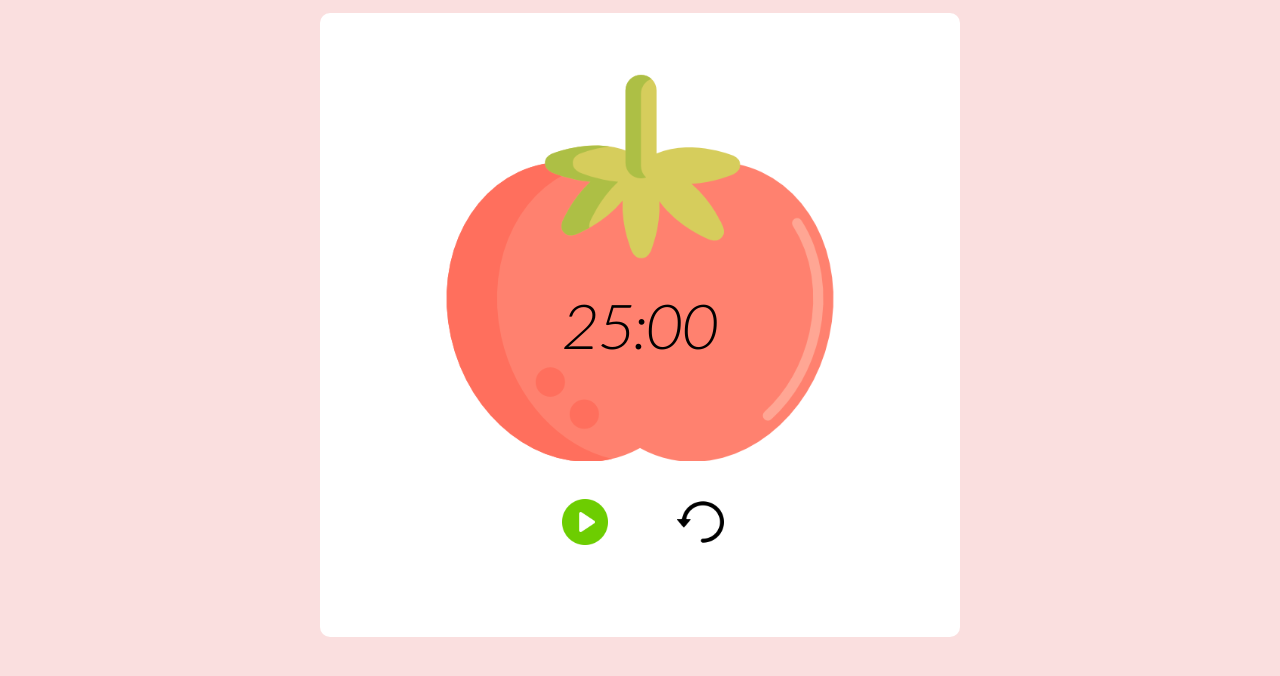
Repository: Dirlandia404/pomodoro
Page: /
The author's editor kept a copy of each file at every save. The page is drawn from the files as they stood at one save, then again after the next save.
The browser window is 1280 px wide. The pictures show the whole page.
The project was rebuilt for these pictures with package versions that can differ from the ones it lists, and the page was loaded fresh each time.

Above is the page before, as saved 2021-11-25 11:26:18.

### public/index.html
<!DOCTYPE html>
<html lang="en">

<head>
  <meta charset="utf-8" />
  <link rel="icon" href="%PUBLIC_URL%/image 1.png" />
  <meta name="viewport" content="width=device-width, initial-scale=1" />
  <meta name="theme-color" content="#000000" />
  <meta name="description" content="Web site created using create-react-app" />
  <link rel="apple-touch-icon" href="%PUBLIC_URL%/logo192.png" />

  <link rel="preconnect" href="https://fonts.googleapis.com">
  <link rel="preconnect" href="https://fonts.gstatic.com" crossorigin>
  <link href="https://fonts.googleapis.com/css2?family=Lato:ital,wght@1,300&display=swap" rel="stylesheet">

  <link rel="manifest" href="%PUBLIC_URL%/manifest.json" />

  <title>Pomodoro Clock</title>
</head>

<body>
  <noscript>You need to enable JavaScript to run this app.</noscript>
  <div id="root"></div>

</body>

</html>

### src/index.jsx
import React from "react";
import ReactDOM from "react-dom";
import Clock from "./componentes/Primeiro";

function App() {
    const  tempo ={time:25};

    return(
        <div className="App">
            <Clock trabalho={tempo} />
        </div>
    );
}
ReactDOM.render(
    <App />,
    document.getElementById("root")
)

### src/componentes/Primeiro.jsx
import { useEffect, useState } from "react";
import "./componente.css";

function Clock(props){
  const [time, setTime] = useState(25);

    const tick = () =>{
        if(time === 0){
            reset();
        }else{
            setTime([time -1]);
        }
    }
    const reset = () => setTime(parseInt(time));

    useEffect(() =>{
        const timerId = setInterval(() => tick, 60);
        return () => clearInterval(timerId)
    })
    return (
        <main>
            <form action="">
                <img src="/tomato.svg" alt="Tomate" />
                <p className="time">25:00</p>
                <div className="butoes">
                    <button className="play">
                        <img src="./botao-play.png" alt="" />
                    </button>

                    <button className="reset">
                        <img src="./seta-circular.png" alt="" />
                    </button>
                </div>
            </form>
        </main>
    );
}

export default Clock

### src/componentes/componente.css
*{
    margin: 0;
    border: 0;
    padding: 0;
}
body{
    background-color: rgba(233, 93, 93, 0.192);

    display: flex;

    text-align: center;
    align-items: center;
    justify-content: center;
}
main {
    background-color: white;
    min-width: 375px;
    max-width: 50%;

    margin-left: 25vw;
    margin-right: 25vw;

    justify-content: center;

    padding: 2rem;
    border-radius: 10px;

    margin-top: 1%;
    margin-bottom: 1%;
}

form{
    display: flex;
    flex-direction: column;
    margin-top: 5%;
    margin-bottom: 5%;
}

img{
    width: 80%;
    margin-left: 10%;
}
p.time {
    margin-top: -40%;
    padding: 10%;
    font-size: 62px;
    font-family:  'Lato', sans-serif;
}
div.butoes{
    align-items: center;
}
button{
    background: none;
    margin-top: 50px;
    padding: 5%;
    width: 20%;
}

After the next save:
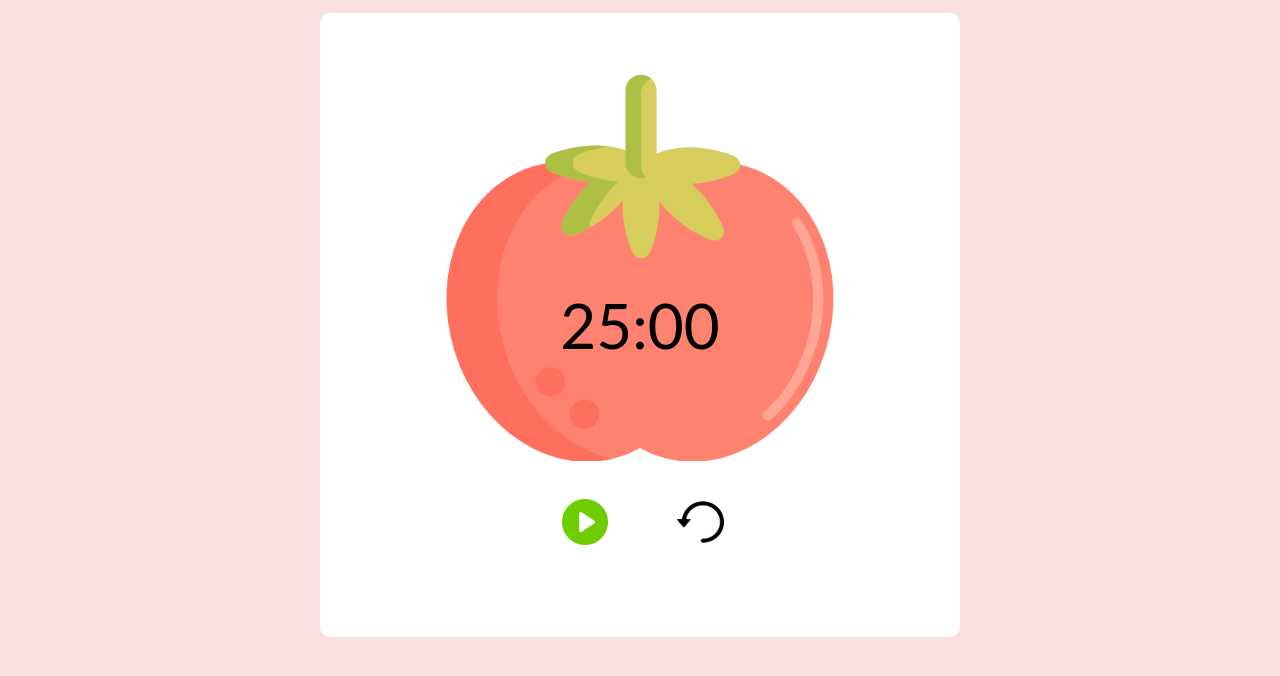
Saved 53 s later.
--- a/public/index.html
+++ b/public/index.html
@@ -9,9 +9,7 @@
   <meta name="description" content="Web site created using create-react-app" />
   <link rel="apple-touch-icon" href="%PUBLIC_URL%/logo192.png" />
 
-  <link rel="preconnect" href="https://fonts.googleapis.com">
-  <link rel="preconnect" href="https://fonts.gstatic.com" crossorigin>
-  <link href="https://fonts.googleapis.com/css2?family=Lato:ital,wght@1,300&display=swap" rel="stylesheet">
+
 
   <link rel="manifest" href="%PUBLIC_URL%/manifest.json" />
 
